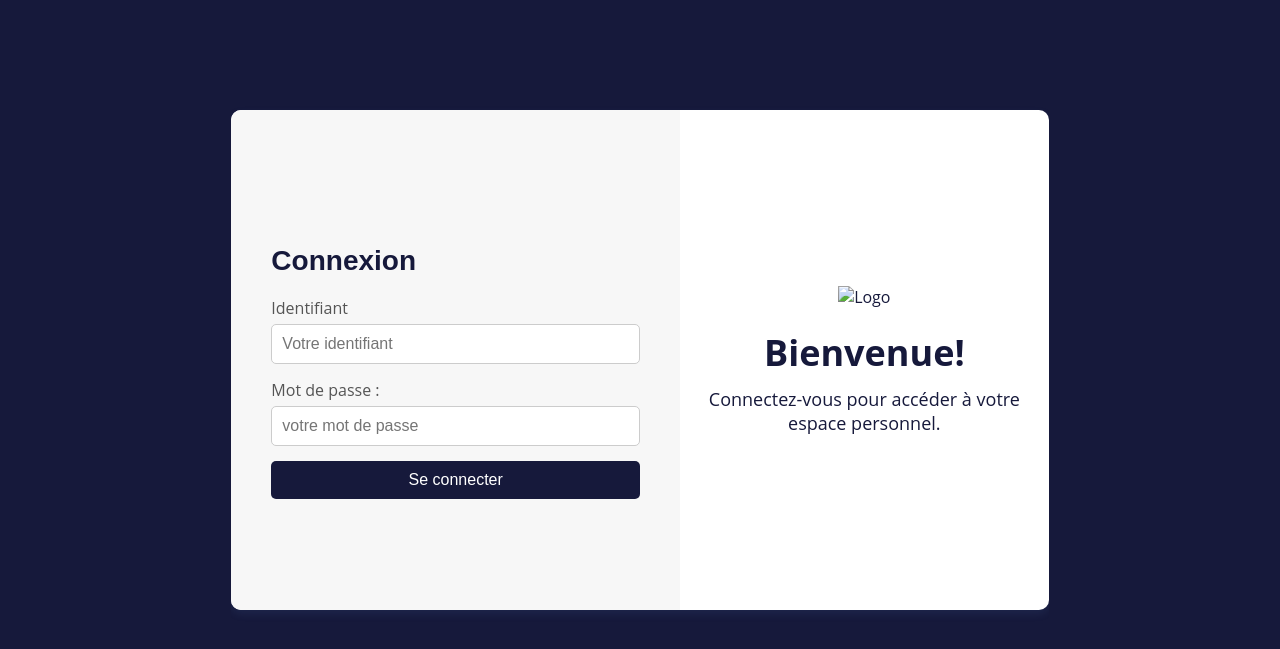
Repository: ndiawar/ProjetGab
Page: home.html
An editor plug-in stored every save of this project. The page is shown before and after the next save, followed by the edit.
The browser window is 1280 px wide. The pictures show the whole page.

Above is the page before, as saved 2024-08-07 14:07:32.
Not found: logo.png

After the next save:
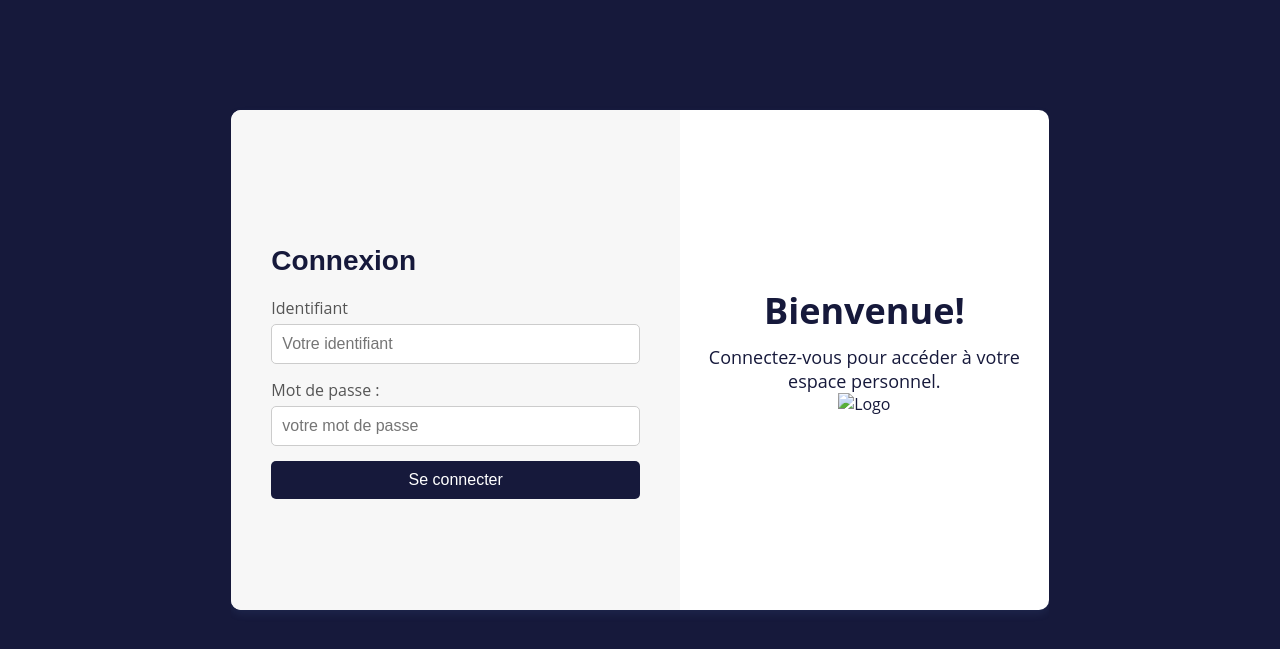
Saved 17 s later.
--- a/home.html
+++ b/home.html
@@ -27,9 +27,9 @@
         <!-- Section de bienvenue -->
         <div class="welcome-section">
             <div class="welcome-content">
-                <img src="logo.png" alt="Logo" class="logo">
                 <h1>Bienvenue!</h1>
                 <p>Connectez-vous pour accéder à votre espace personnel.</p>
+                <img src="logo.png" alt="Logo" class="logo">
             </div>
         </div>
     </div>
